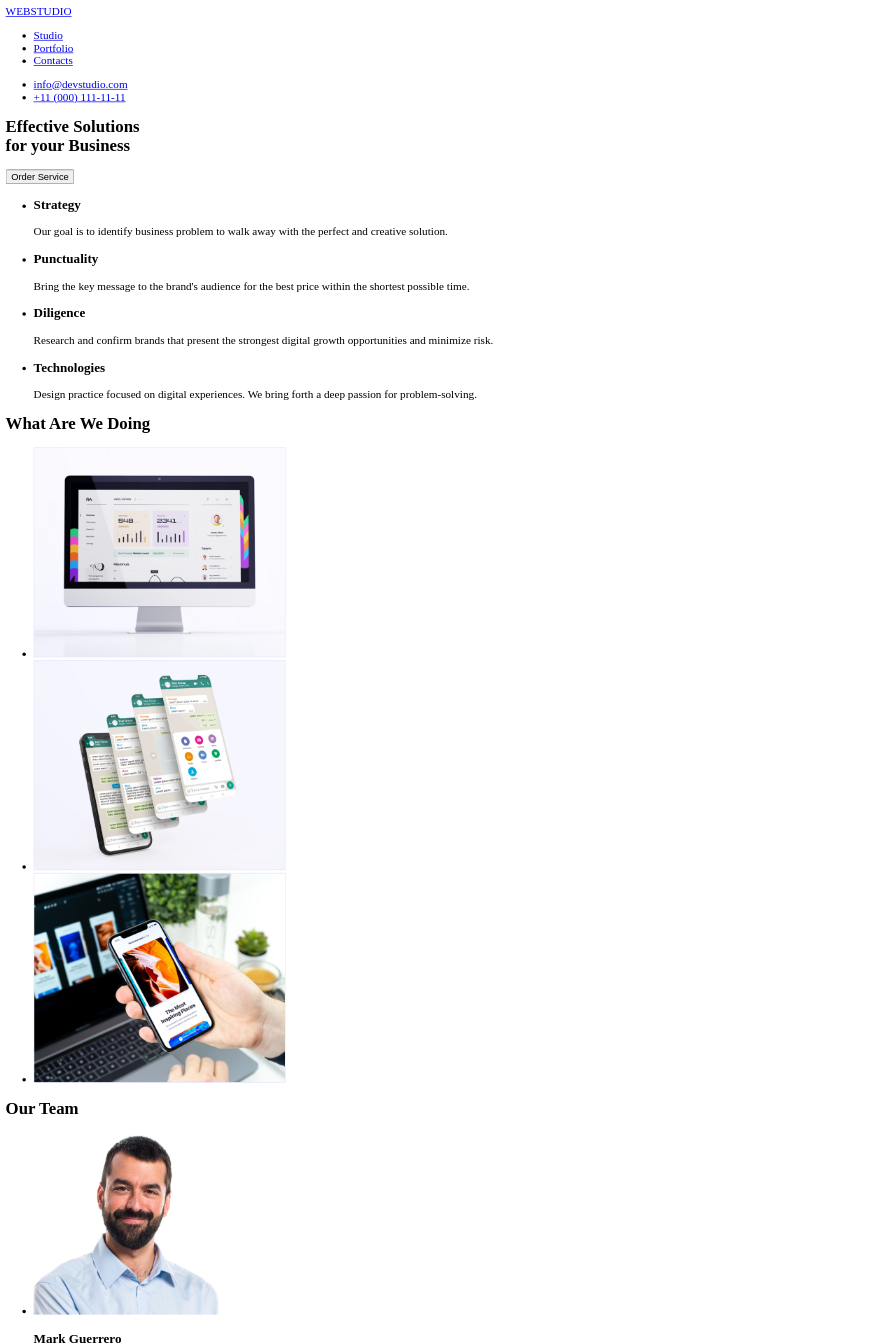
Repository: jandiman/goit-markup-hw-02
Page: index.html
The author's editor kept a copy of each file at every save. The page is drawn from the files as they stood at one save, then again after the next save.
The browser window is 1280 px wide. The pictures show the part of the page from y = 0 to 1920 px (the page is 3152 px tall before and 3092 px after), at 70% of full size.

Above is the page before, as saved 2023-07-04 22:27:51.

After the next save:
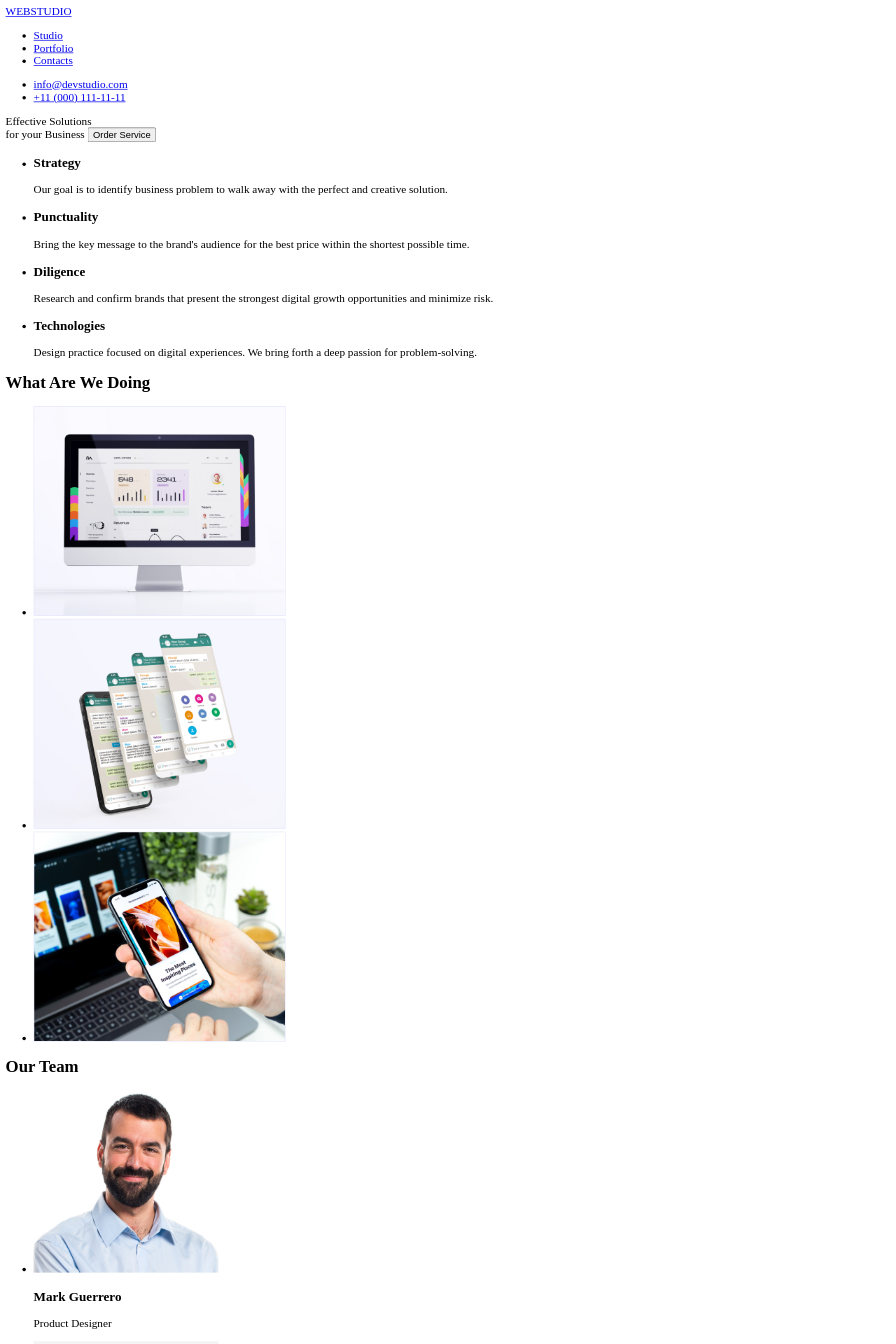
Saved 113 s later.
--- a/index.html
+++ b/index.html
@@ -38,7 +38,7 @@
     <main>
       <!--Hero Image-->
       <section>
-        <h1 class="hero">Effective Solutions <br />for your Business</h1>
+        <a class="d">Effective Solutions <br />for your Business</a>
         <button type="button">Order Service</button>
       </section>
 

After the save that followed:
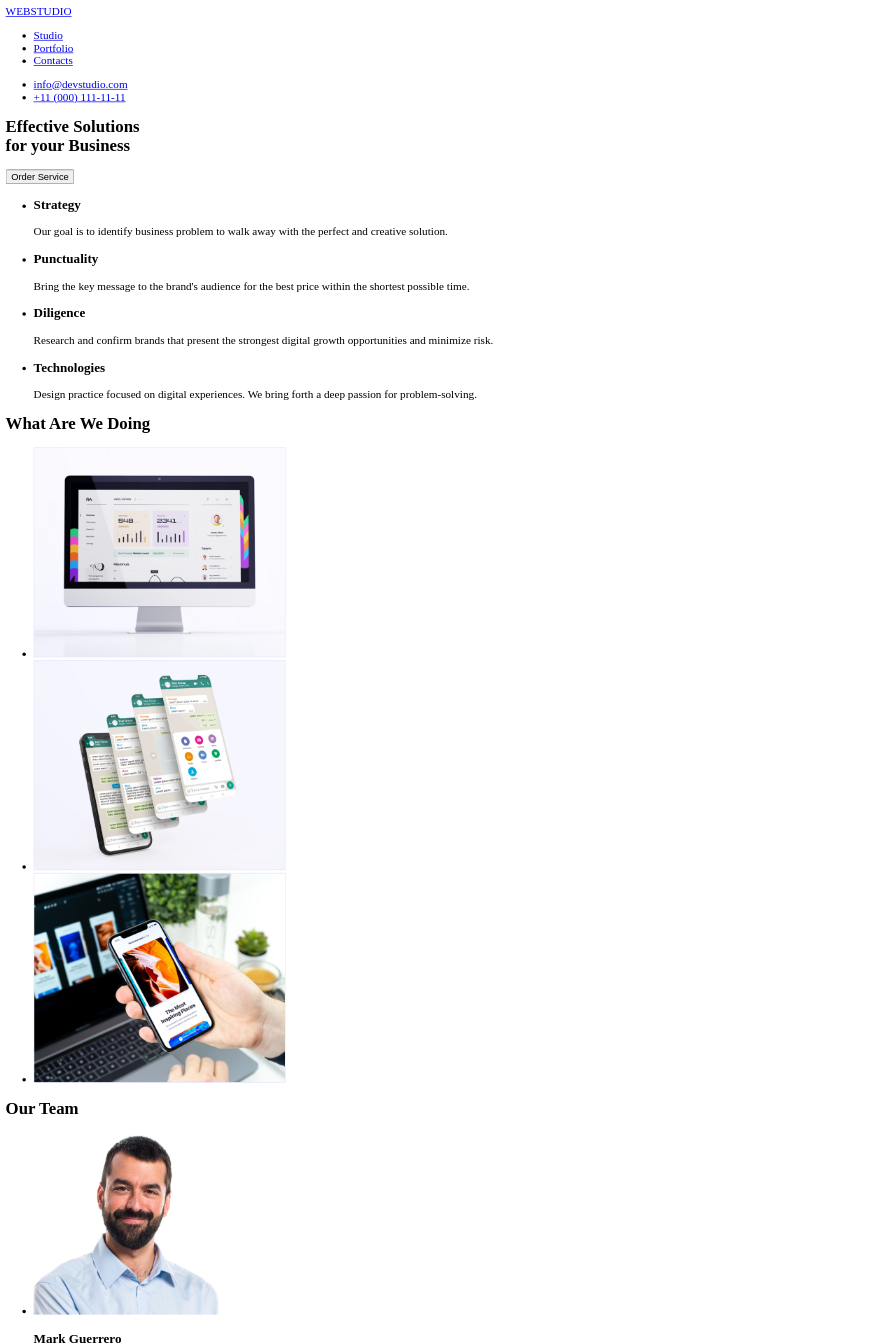
Saved 42 s later.
--- a/index.html
+++ b/index.html
@@ -38,7 +38,7 @@
     <main>
       <!--Hero Image-->
       <section>
-        <a class="d">Effective Solutions <br />for your Business</a>
+        <h1 class="hero">Effective Solutions <br />for your Business</h1>
         <button type="button">Order Service</button>
       </section>
 
